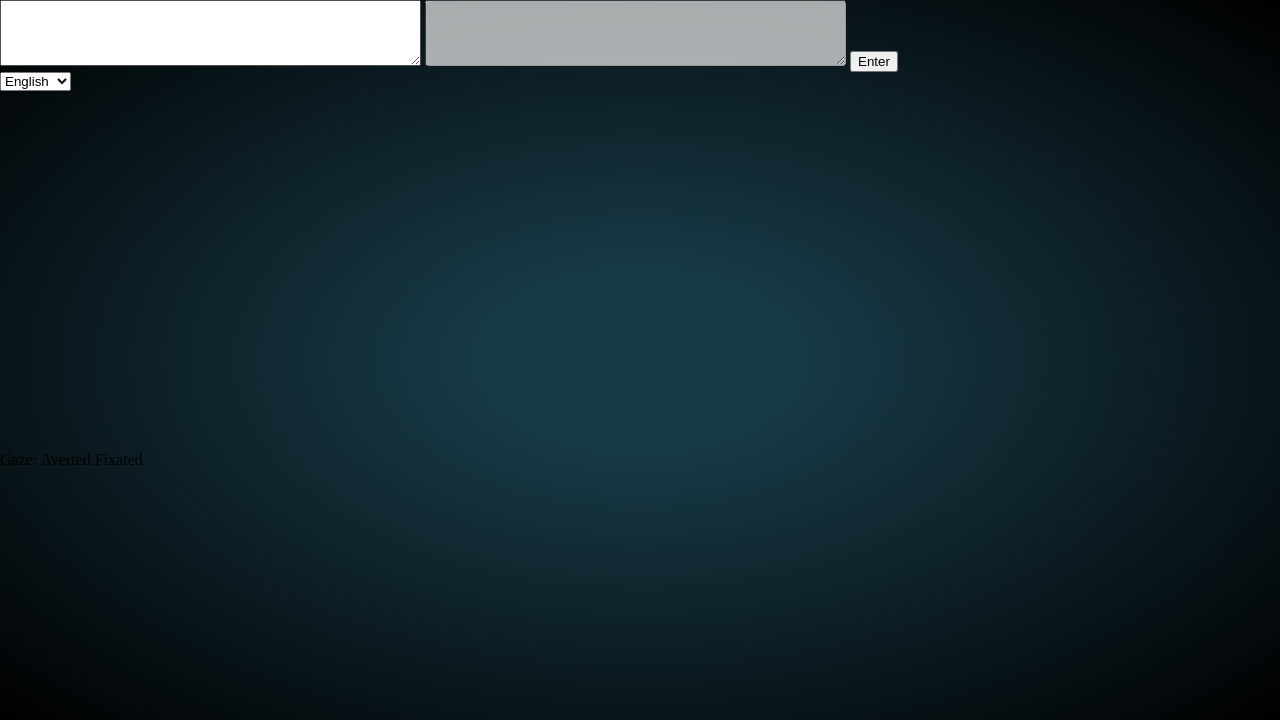
Repository: JigsRes/CS625-Artificial-Intelligence
Page: AI Project 4 ChatBot/workspace/chatbot.html
The author's editor kept a record of every edit. The page is drawn from the files as they stood at one moment, then again after the next edit.
The browser window is 1280 px wide. The pictures show the whole page.
The page's requests for data from a server got no answer.

Above is the page before.

### AI Project 4 ChatBot/workspace/chatbot.html
<!DOCTYPE html>
<!-- Chatbot for CSCE 625 -->
<html lang="en-us">

<head>
<meta charset="utf-8">
<title>Chatbot</title>
<link rel="stylesheet" href="styles.css">
<script src="jquery-3.2.1.min.js"></script>
<script src="sdk.js"></script>
<script src="javascript.js"></script>
</head>
	<body>
		<textarea class="textfield" rows="4" cols="50">
	    </textarea>
		<textarea disabled="" class="translatedfield" rows="4" cols="50"></textarea>
		<button class="button" type="button">Enter</button>
			<div>
			 <select id="language" >
			  <option value="cmu-slt,en">English</option>
			  <option value="bits1-hsmm,de">German</option>
			  <option value="camille,fr">French</option>

			</select>
			</div>

		<div class="gazelegend">
			<div class="gazeImg"></div>
			Gaze:
			<span class="averted">Averted</span>
			<span class="fixated">Fixated</span>
			<span class="explanation"></span>
		</div>

	</body>
</html>

### AI Project 4 ChatBot/workspace/styles.css
html {
    height: 100%;
}

body {
    margin: 0px;
    height: 100%;
    background: #183b47; /* Old browsers */
    background: -moz-radial-gradient(center, ellipse cover, #183b47 16%, #000000 100%); /* FF3.6-15 */
    background: -webkit-radial-gradient(center, ellipse cover, #183b47 16%,#000000 100%); /* Chrome10-25,Safari5.1-6 */
    background: radial-gradient(ellipse at center, #183b47 16%,#000000 100%); /* W3C, IE10+, FF16+, Chrome26+, Opera12+, Safari7+ */
    filter: progid:DXImageTransform.Microsoft.gradient( startColorstr='#183b47', endColorstr='#000000',GradientType=1 ); /* IE6-9 fallback on horizontal gradient */
}

.legend {
    position: absolute;
    left: 340px;
    bottom: 10px;
    width: 300px;
    font-size: 30px;
    color: #fff;
}
.legend:not(.fixated) .fixated {
    display: none;
}
.legend.fixated .averted {
    display: none;
}
.legend:not(.fixated) .gazeImg {
    background: url("away.png") center center no-repeat;
    background-size: 100%;
}
.legend.fixated .gazeImg {
    background: url("fixated.png") center center no-repeat;
    background-size: 100%;
}
.gazeImg {
    width: 300px;
    height: 360px;
}

### AI Project 4 ChatBot/workspace/javascript.js
//code.stephenmorley.org
function Queue(){var a=[],b=0;this.getLength=function(){return a.length-b};this.isEmpty=function(){return 0==a.length};this.enqueue=function(b){a.push(b)};this.dequeue=function(){if(0!=a.length){var c=a[b];2*++b>=a.length&&(a=a.slice(b),b=0);return c}};this.peek=function(){return 0<a.length?a[b]:void 0}};
window.onload = function(e){
    //Start Yandex Translator
    var YandexTranslator = (function() {
        YANDEX_TRANSLATE_API_KEY="trnsl.1.1.20170429T001604Z.c13a54c03a9f737f.c1e70eefe776692ae1e2c687b7f726cef76219e5";
        return {
            translate: function(text, from, to, successCallback) {
                if ('undefined' === typeof YANDEX_TRANSLATE_API_KEY || '' === YANDEX_TRANSLATE_API_KEY) {
                    console.log('Non empty "YANDEX_TRANSLATE_API_KEY" variable must be defined, skip translating.');

                    successCallback(text);

                    return;
                }

                var lang = from + '-' + to;
                var url = 'https://translate.yandex.net/api/v1.5/tr.json/translate?key=' + YANDEX_TRANSLATE_API_KEY + '&text=' + text + '&lang=' + lang;

                $.ajax({
                    url: url
                }).done(function(response) {
                    if (200 !== response.code) {
                        console.log(response);

                        return;
                    }

                    successCallback(response.text[0]);
                });
            }
        };
    })();
    //End Yandex Translator


    SDK.applicationId = "238109865399829413"; //"2033702290708399205"
    var sdk = new SDKConnection();
    var web = new WebAvatar();
        web.connection = sdk;
        web.avatar = "11557990";
        web.voice = "";
        web.voiceMod = "";
        web.width = "300";
        web.height = "360";
        web.createBox();
    var textfield = $(".textfield");
    var gaze = $(".gazelegend");
        gaze.addClass("fixated");
    translated_text="";
    web.message("", "", "NOD", "");
    web.processMessages();
    //Allow Enter to be used to
    textfield.keyup(function(event){
        if(event.keyCode == 13){
            $(".button").click();
        }
    });
    var messagequeue = new Queue();
    $(".button").click(function() {
        raw_text = textfield.val();
        //paragraphs = textfield.val().split(/[\n]+/);
        language_details=$("#language").val().split(",");
        web.voice =language_details[0];
        language = language_details[1];

        YandexTranslator.translate(raw_text, 'en', language, function(translated_text) {
            paragraphs = translated_text.split(/[\n]+/);
            $(".translatedfield").val(paragraphs);
            console.log(paragraphs);

        //Paragraphs
        for (var i = 0; i < paragraphs.length; i++) {
            //Sentences
            sentences = paragraphs[i].split(/[.!?]+/);
            for (var j = 0; j < sentences.length; j++) {
                //longer sentences -> split to words
                if (sentences[j].length > 20) {
                    words = sentences[j].split(/[\s]+/);
                    var turnStart = "";
                    var turnMiddleA = "";
                    var turnMiddleB = "";
                    //Assign words to parts of the sentence
                    for (var k = 0; k < words.length; k++) {
                        if (k < Math.floor(words.length/2)) {
                            turnStart = turnStart.concat(words[k], " ");
                        }
                        else if (k < Math.floor(words.length*3/4)) {
                            turnMiddleA = turnMiddleA.concat(words[k], " ");
                        }
                        else {
                            turnMiddleB = turnMiddleB.concat(words[k], " ");
                        }
                    }
                    //Avert gaze
                    messagequeue.enqueue([turnStart, false, "Start of turn"]);
                    //Mostly avert gaze
                    var randomNum = Math.floor(Math.random() * 100);
                    if (randomNum >= 73) {
                        messagequeue.enqueue([turnMiddleA, true, "Middle of turn (a)"]);
                    }
                    else {
                        messagequeue.enqueue([turnMiddleA, false, "Middle of turn (a)"]);
                    }
                    //Mostly fixate gaze
                    randomNum = Math.floor(Math.random() * 100);
                    if (randomNum >= 70) {
                        messagequeue.enqueue([turnMiddleB, false, "Middle of turn (b)"]);
                    }
                    else {
                        messagequeue.enqueue([turnMiddleB, true, "Middle of turn (b)"]);
                    }
                }
                else {
                    messagequeue.enqueue([sentences[j], false, "Start of turn"]);
                }
            }
            messagequeue.enqueue([sentences[j], true, "End of turn"]);
        }


        var processQueue = function() {
            if (messagequeue.getLength() > 0) {
                var item = messagequeue.dequeue();
                //fixated
                if (item[1]) {
                    gaze.addClass("fixated");
                    web.message(item[0], "", "", "", processQueue);
                    $(".explanation").html("(" + item[2] + ")");
                }
                else {
                    gaze.removeClass("fixated");
                    web.message(item[0], "", "", "sleeping", processQueue);
                    $(".explanation").html("(" + item[2] + ")");
                }
            }
        };
        processQueue();
            });




       // console.log(paragraphs);

        // //Paragraphs
        // for (var i = 0; i < paragraphs.length; i++) {
        //     //Sentences
        //     sentences = paragraphs[i].split(/[.!?]+/);
        //     for (var j = 0; j < sentences.length; j++) {
        //         //longer sentences -> split to words
        //         if (sentences[j].length > 20) {
        //             words = sentences[j].split(/[\s]+/);
        //             var turnStart = "";
        //             var turnMiddleA = "";
        //             var turnMiddleB = "";
        //             for (var k = 0; k < words.length; k++) {
        //                 if (k < Math.floor(words.length/2)) {
        //                     turnStart = turnStart.concat(words[k], " ");
        //                 }
        //                 else if (k < Math.floor(words.length*3/4)) {
        //                     turnMiddleA = turnMiddleA.concat(words[k], " ");
        //                 }
        //                 else {
        //                     turnMiddleB = turnMiddleB.concat(words[k], " ");
        //                 }
        //             }
        //             //Avert gaze
        //             messagequeue.enqueue([turnStart, false, "Start of turn"]);
        //             //Mostly avert gaze
        //             var randomNum = Math.floor(Math.random() * 100);
        //             if (randomNum >= 73) {
        //                 messagequeue.enqueue([turnMiddleA, true, "Middle of turn (a)"]);
        //             }
        //             else {
        //                 messagequeue.enqueue([turnMiddleA, false, "Middle of turn (a)"]);
        //             }
        //             //Mostly fixate gaze
        //             randomNum = Math.floor(Math.random() * 100);
        //             if (randomNum >= 70) {
        //                 messagequeue.enqueue([turnMiddleB, false, "Middle of turn (b)"]);
        //             }
        //             else {
        //                 messagequeue.enqueue([turnMiddleB, true, "Middle of turn (b)"]);
        //             }
        //         }
        //         else {
        //             messagequeue.enqueue([sentences[j], false, "Start of turn"]);
        //         }
        //     }
        //     messagequeue.enqueue([sentences[j], true, "End of turn"]);
        // }


        // var processQueue = function() {
        //     if (messagequeue.getLength() > 0) {
        //         var item = messagequeue.dequeue();
        //         //fixated
        //         if (item[1]) {
        //             gaze.addClass("fixated");
        //             web.message(item[0], "", "", "", processQueue);
        //             $(".explanation").html("(" + item[2] + ")");
        //         }
        //         else {
        //             gaze.removeClass("fixated");
        //             web.message(item[0], "", "", "", processQueue);
        //             $(".explanation").html("(" + item[2] + ")");
        //         }
        //     }
        // };
        // processQueue();
    });
};

Loaded but not shown: AI Project 4 ChatBot/workspace/jquery-3.2.1.min.js (library); AI Project 4 ChatBot/workspace/sdk.js (library)

After the next edit:
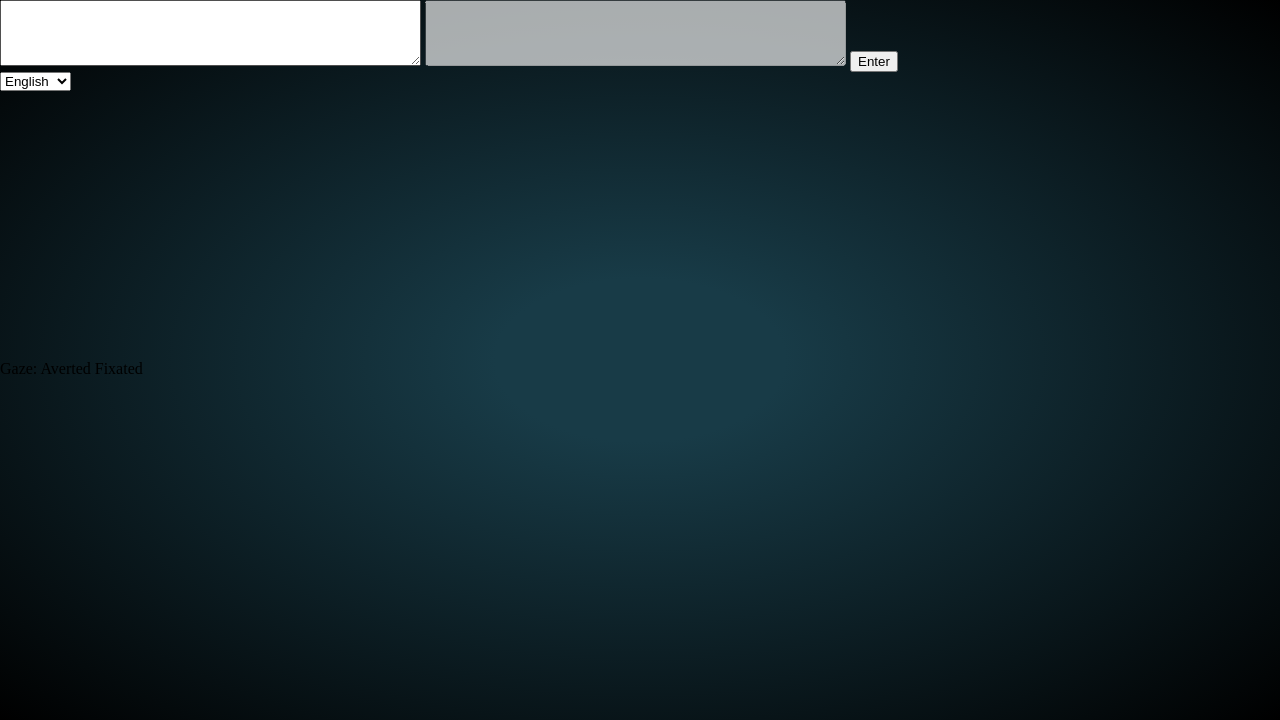
The edit:
--- a/AI Project 4 ChatBot/workspace/styles.css
+++ b/AI Project 4 ChatBot/workspace/styles.css
@@ -36,5 +36,8 @@
 }
 .gazeImg {
     width: 300px;
-    height: 360px;
+    height: 265px;
 }
+.explanation {
+    font-size: 20px;
+}
